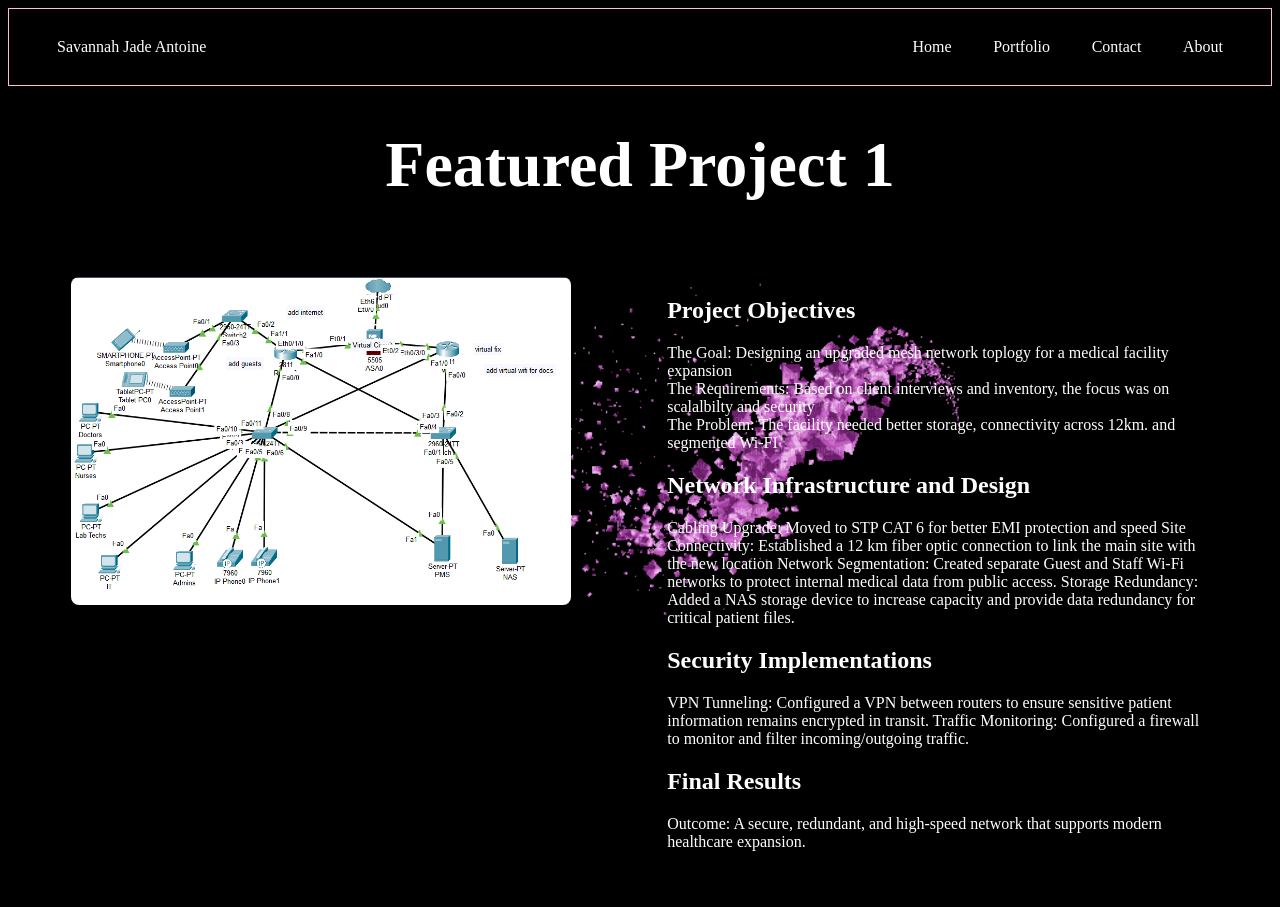
Repository: Savannah-Antoine/Savannah-Antoine
Page: pages/project-name-1.html
An editor plug-in stored every save of this project. The page is shown before and after the next save, followed by the edit.
The browser window is 1280 px wide. The pictures show the whole page.

Above is the page before, as saved 2026-05-16 01:10:48.

After the next save:
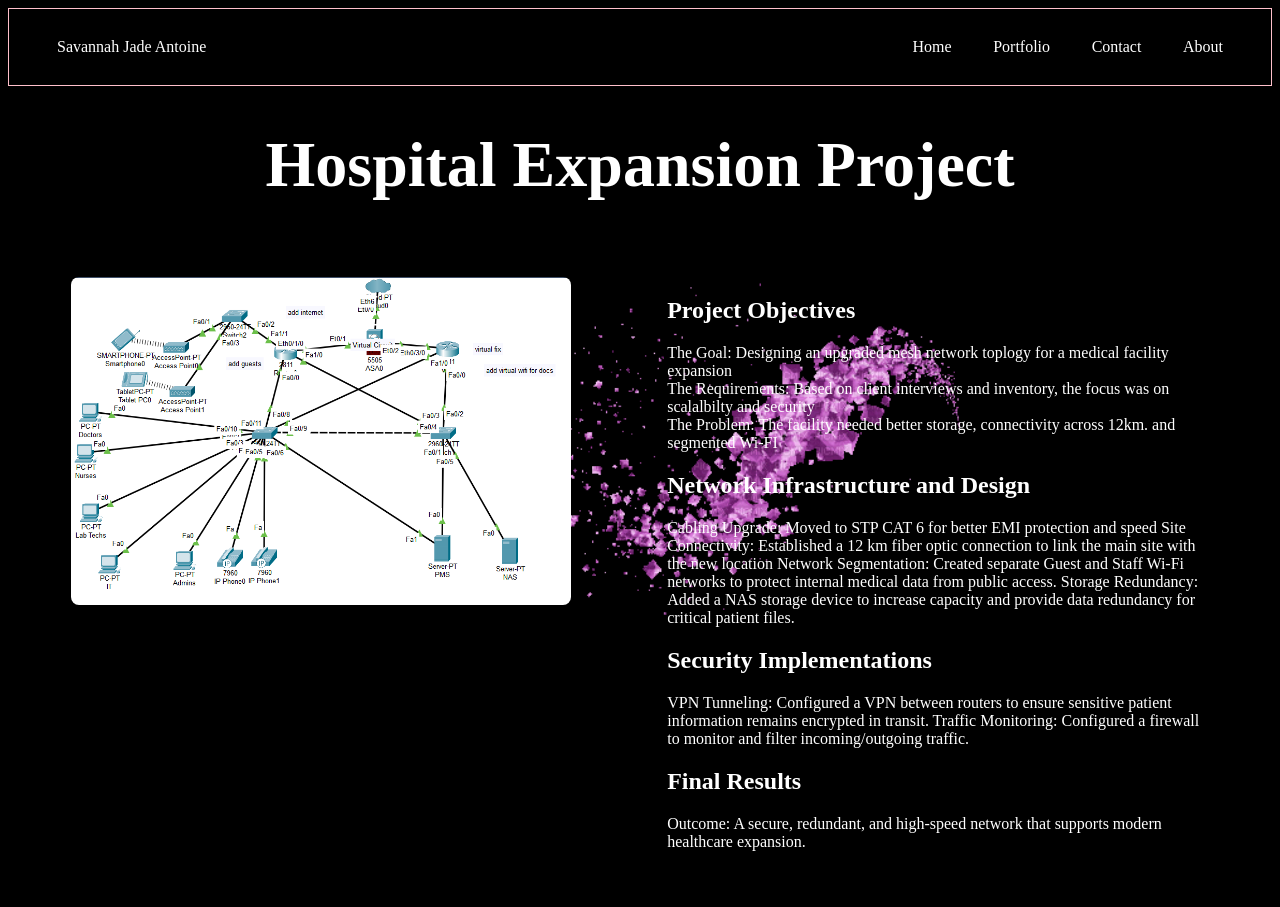
Saved 58 s later.
--- a/pages/project-name-1.html
+++ b/pages/project-name-1.html
@@ -21,7 +21,7 @@
            <li><a   href = "../index.html">Savannah Jade Antoine</a></li>
         </ul>
 </nav>
-    <h1>Featured Project 1</h1>
+    <h1>Hospital Expansion Project</h1>
 </header>
 <main class = "container">
 
